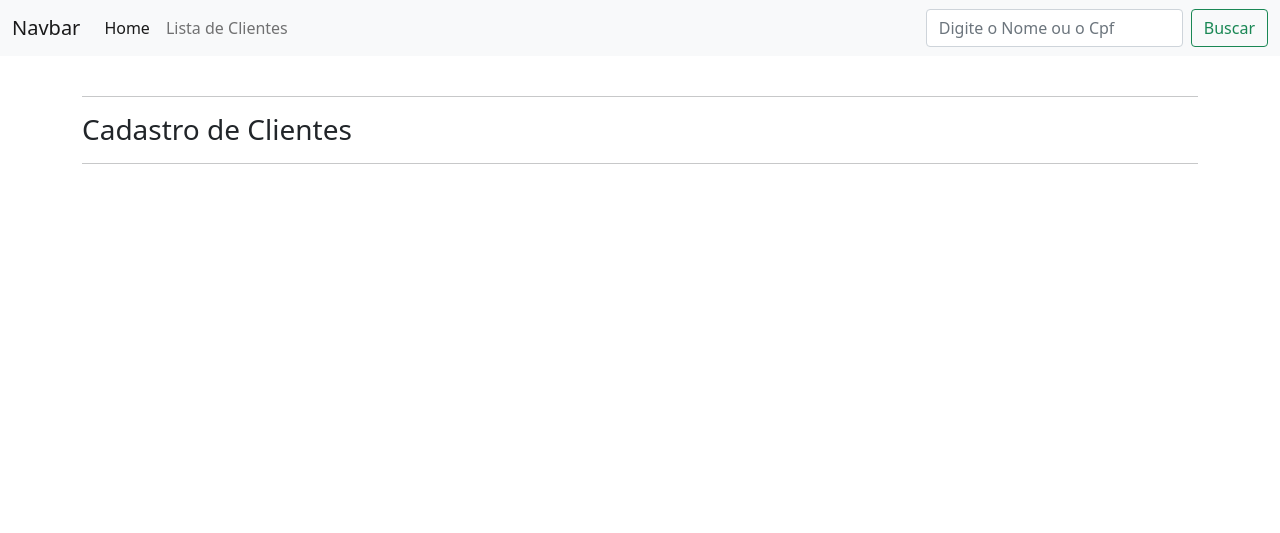
Repository: williammatosdev/agencia_de_Viagem_Java
Page: javacrud/src/main/webapp/index.html
An editor plug-in stored every save of this project. The page is shown before and after the next save, followed by the edit.
The browser window is 1280 px wide. The pictures show the whole page.

Above is the page before, as saved 2022-02-06 16:30:58.

After the next save:
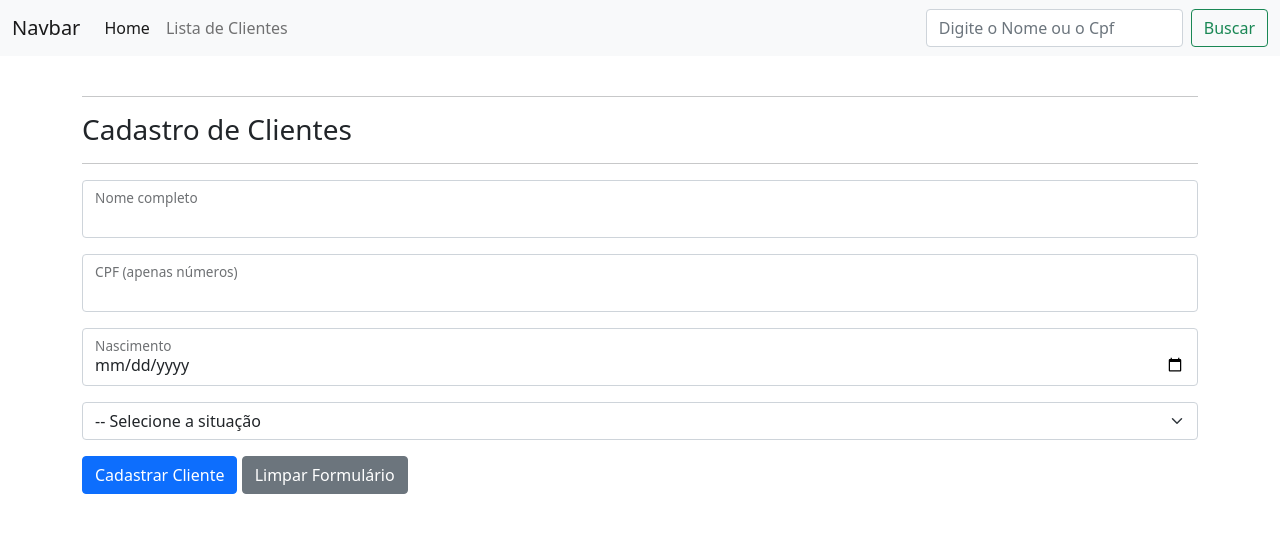
Saved 25 min 42 s later.
--- a/javacrud/src/main/webapp/index.html
+++ b/javacrud/src/main/webapp/index.html
@@ -36,8 +36,32 @@
    <hr>
    <h3>Cadastro de Clientes</h3>
    <hr>
-   </div>
-   </div>
+  <form action="Create" method="POST">
+				<div class="form-floating mb-3">
+						<input name="nome" maxlength="40" type="text" class="form-control" id="floatingInput1">
+						<label>Nome completo</label>
+					</div>
+					<div class="form-floating mb-3">
+						<input name="cpf" maxlength="11" type="text" class="form-control">
+						<label>CPF (apenas números)</label>
+					</div>
+					<div class="form-floating mb-3">
+						<input name="nascimento" type="date" class="form-control" placeholder="Nascimento">
+						<label>Nascimento</label>
+					</div>
+					<select name="situacao" class="form-select mb-3" aria-label="Default select example">
+						<option value="Inativo" selected>-- Selecione a situação</option>
+						<option value="Ativo">Ativo</option>
+						<option value="Inativo">Inativo</option>
+					</select>
+
+					<button class="btn btn-primary" type="submit">Cadastrar
+						Cliente</button>
+					<button class="btn btn-secondary" type="reset">Limpar
+						Formulário</button>
+			</form>
+		</div>
+	</div>
 </div>
 <!-- JavaScript Bundle with Popper -->
 <script src="https://cdn.jsdelivr.net/npm/bootstrap@5.1.3/dist/js/bootstrap.bundle.min.js" integrity="sha384-ka7Sk0Gln4gmtz2MlQnikT1wXgYsOg+OMhuP+IlRH9sENBO0LRn5q+8nbTov4+1p" crossorigin="anonymous"></script>
